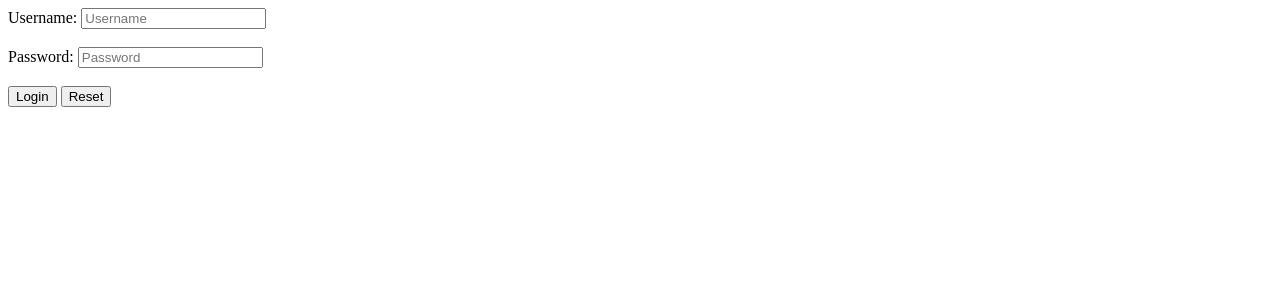
Repository: Roj13/cheapomail
Page: index.html
The author's editor kept a record of every edit. The page is drawn from the files as they stood at one moment, then again after the next edit.
The browser window is 1280 px wide. The pictures show the whole page.

Above is the page before.

After the next edit:
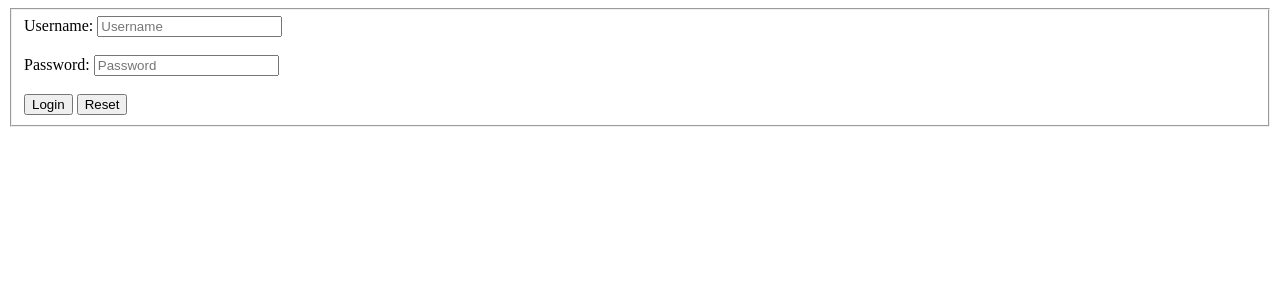
The edit:
--- a/index.html
+++ b/index.html
@@ -14,6 +14,7 @@
 <body>
 
 <form>
+ <fieldset>
     <label for="log">Username: </label>
 <input class= "user" type="text" placeholder="Username"/ required><br/><br/>
     <label for="pass">Password: </label>
